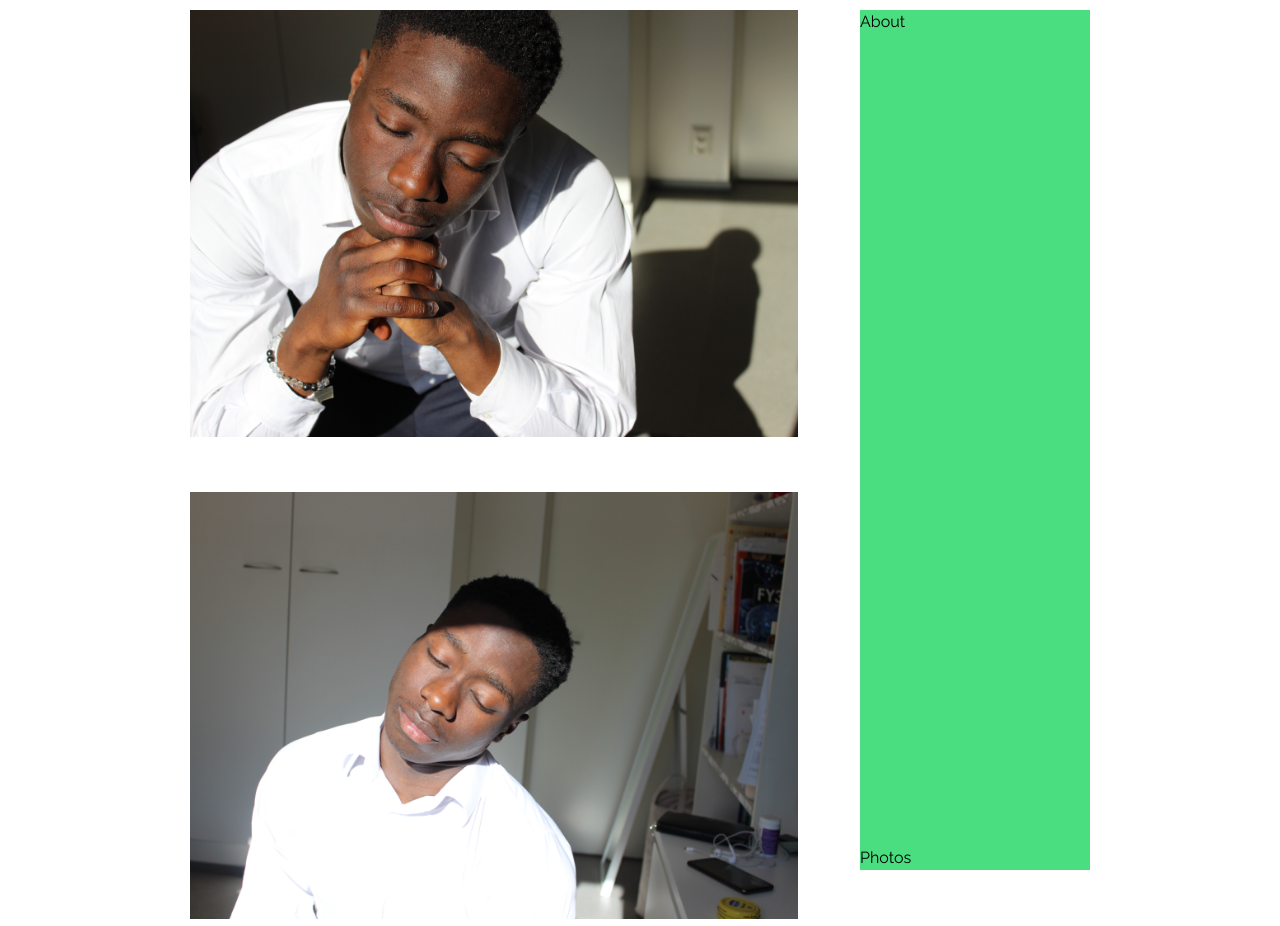
Repository: Graquick/Blog
Page: /photos
These files come from the project's save history. The page is drawn as it stood at one moment and after the next save; the edit follows.
The browser window is 1280 px wide. The pictures show the whole page.
The project was rebuilt for these pictures with package versions that can differ from the ones it lists, and the page was loaded fresh each time. The framework's server and built-in components were replaced by stand-ins that run in the browser. Also part of the build but not shown: next.config.js, components/Footer.js.

Above is the page before, as saved 2022-07-07 14:17:11.

After the next save:
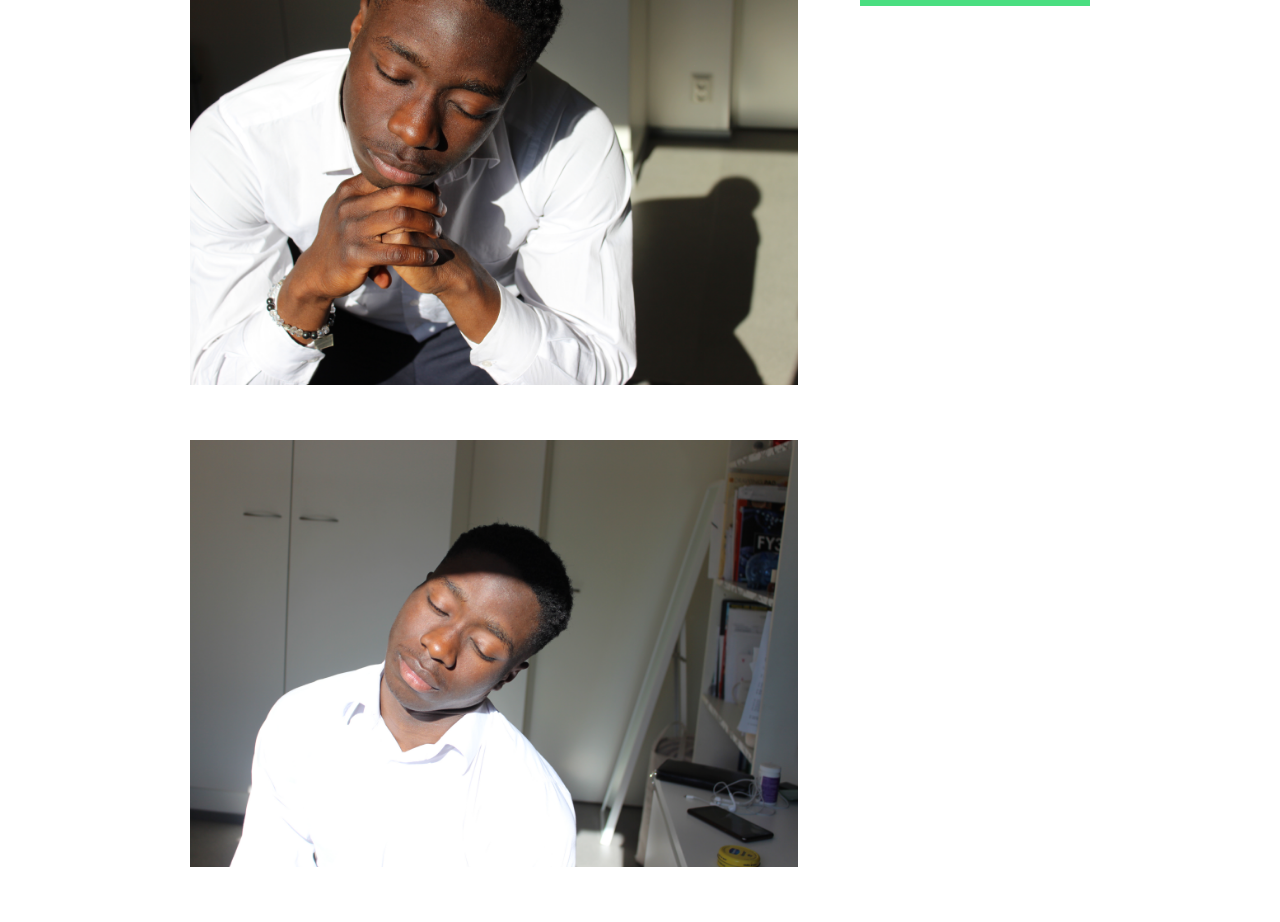
Saved 16 s later.
--- a/pages/photos.js
+++ b/pages/photos.js
@@ -33,7 +33,7 @@ export default function Photos() {
       <motion.main className="min-h-screen">
           <div className="absolute top-0 left-0 bottom-0 right-0 m-auto w-fit h-fit">
             <Header />
-            <div className="w-[900px] h-[860px] flex justify-between">
+            <div className="w-[900px] h-fit flex justify-between">
               <div>
                 {photos.map((img, i) => (
                   <div key={i} className="mb-12">
